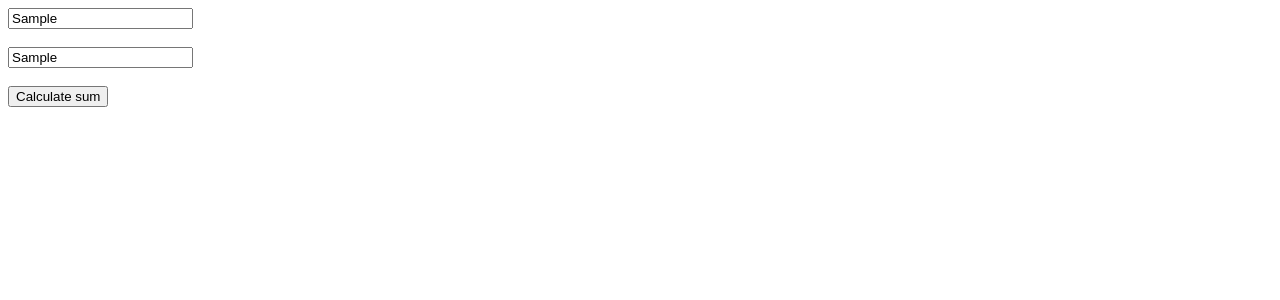
Repository: VISHALGUPTA100803/Harkirat_MERN
Page: Week 4/DOM_introduction/index.html
An editor plug-in stored every save of this project. The page is shown before and after the next save, followed by the edit.
The browser window is 1280 px wide. The pictures show the whole page.
Empty fields were first filled with sample values (such as "Sample", 5 or name@example.com).
After loading, the first visible `button` was clicked once.

Above is the page before, as saved 2024-03-22 16:57:43.

### Week 4/DOM_introduction/index.html
<html>
  <script>
    function populateDiv() {
      ///document
      const element = document.getElementById("final sum")
      element.inner
    }
  </script>
  <body>
    <div>
      <input type="text" placeholder="First number" /> </input> <br />
      <br />
      <input type="text" placeholder="second number" /> </input> <br />
      <br />
      <button onclick="populateDiv()">Calculate sum</button>
    </div>
    <div id="final sum"></div>
  </body>
</html>

After the next save:
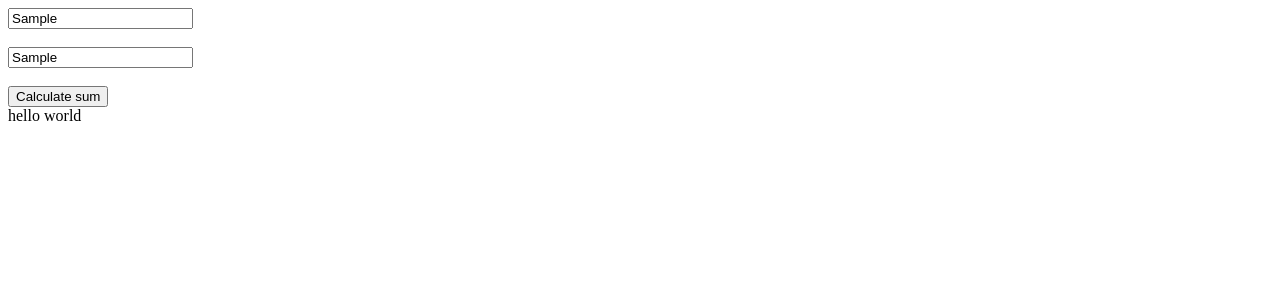
Saved 7 s later.
--- a/Week 4/DOM_introduction/index.html
+++ b/Week 4/DOM_introduction/index.html
@@ -3,7 +3,7 @@
     function populateDiv() {
       ///document
       const element = document.getElementById("final sum")
-      element.inner
+      element.innerHTML = "hello world"
     }
   </script>
   <body>

After the save that followed:
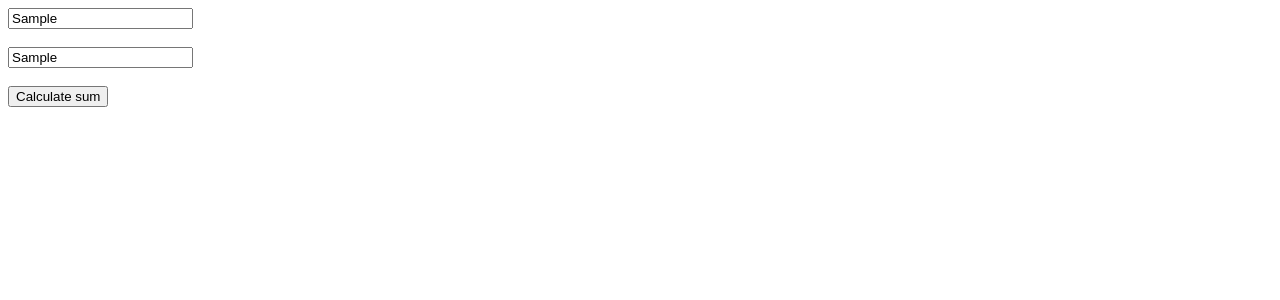
Console error: ReferenceError: a is not defined
Saved 3 min 22 s later.
--- a/Week 4/DOM_introduction/index.html
+++ b/Week 4/DOM_introduction/index.html
@@ -3,7 +3,7 @@
     function populateDiv() {
       ///document
       const element = document.getElementById("final sum")
-      element.innerHTML = "hello world"
+      element.innerHTML = a + b;
     }
   </script>
   <body>
